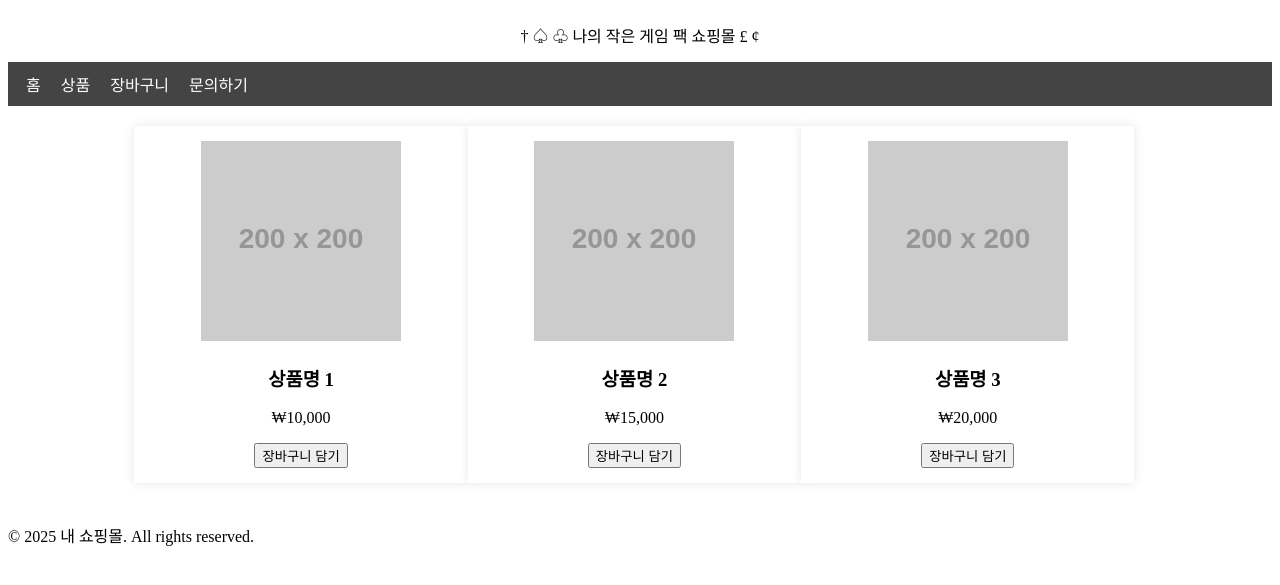
Repository: SeungYeon04/A_AssetsJSP
Page: http://localhost/JSP_Start01/
An editor plug-in stored every save of this project. The page is shown before and after the next save, followed by the edit.
The browser window is 1280 px wide. The pictures show the whole page.
Some web fonts or font styles are not loaded; a fallback is used. The page is served by Tomcat 9.

Above is the page before, as saved 2025-03-11 05:53:00.

### JSP_Start01/src/main/webapp/index.jsp
<%@ page language="java" contentType="text/html; charset=UTF-8"
    pageEncoding="UTF-8"%>
<!DOCTYPE html>
<html>
<head>
<meta charset="UTF-8">
<title>Insert title here</title>
</head>
<body>
	<header>† ♤ ♧  나의 작은 게임 팩 쇼핑몰 £ ¢</header>

    <nav>
        <a href="#">홈</a>
        <a href="#">상품</a>
        <a href="#">장바구니</a>
        <a href="#">문의하기</a>
    </nav>

    <div class="container">
        <div class="product">
            <img src="https://via.placeholder.com/200" alt="상품1">
            <h3>상품명 1</h3>
            <p>₩10,000</p>
            <button>장바구니 담기</button>
        </div>

        <div class="product">
            <img src="https://via.placeholder.com/200" alt="상품2">
            <h3>상품명 2</h3>
            <p>₩15,000</p>
            <button>장바구니 담기</button>
        </div>

        <div class="product">
            <img src="https://via.placeholder.com/200" alt="상품3">
            <h3>상품명 3</h3>
            <p>₩20,000</p>
            <button>장바구니 담기</button>
        </div>
    </div>

    <footer>© 2025 내 쇼핑몰. All rights reserved.</footer>
    <style>

    	body {
    		font-family: 'Ownglyph_ParkDaHyun';
    	}

    	header {
    		text-align: center;
    		padding: 15px 0;
    	}



	    @font-face {
		    font-family: 'Ownglyph_ParkDaHyun';
		    src: url('https://fastly.jsdelivr.net/gh/projectnoonnu/2411-3@1.0/Ownglyph_ParkDaHyun.woff2') format('woff2');
		    font-weight: normal;
		    font-style: normal;
		}

		nav {
			background-color: #444;
			padding: 10px;
			text-align: ceter;

			a {
				color: white;
            	text-decoration: none;
            	margin: 0 8px;
            	/*font-size: 18px;*/
			 }

			a:hover {
            	text-decoration: underline;
        	}
		}

		/* 메인콘텐츠 */
		.container {
			width: 80%;
			margin: 20px auto;
			display: flex;
			flex-wrap: wrap;
			jusify-content:	space-between;
		}

		.product {
			width: 30%;
			background: white;
			padding: 15px;
			box-shadow: 0 0 10px rgba(0, 0, 0, 0.1);
			margin-bottom: 20px;
			text-align: center;

		}

    </style>
</body>
</html>

After the next save:
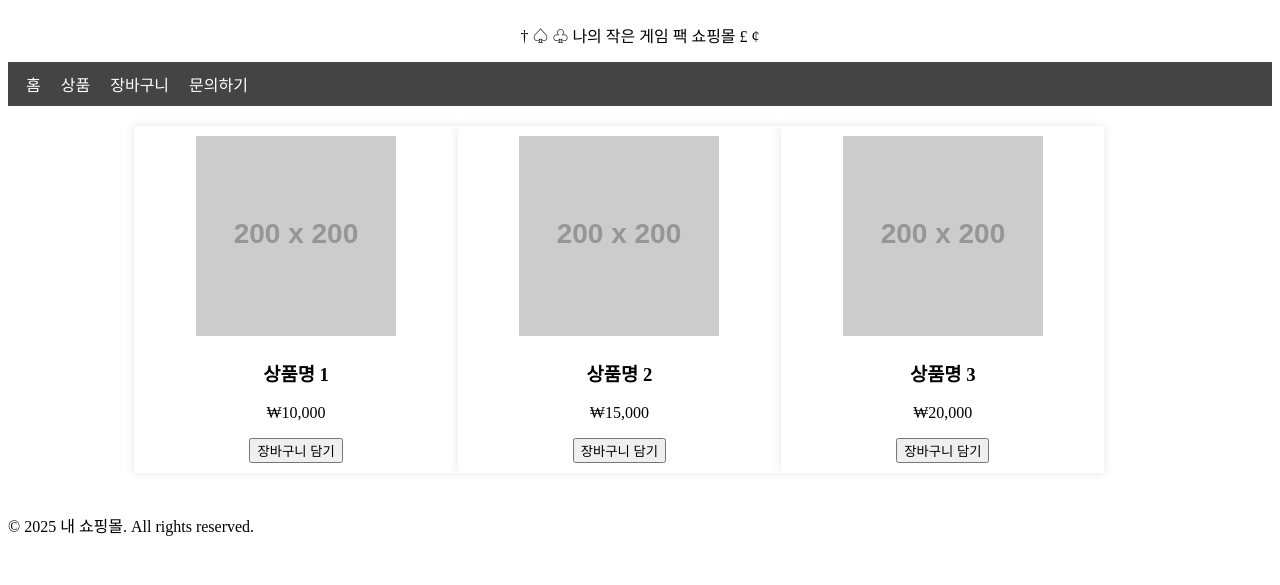
Saved 5 s later.
--- a/JSP_Start01/src/main/webapp/index.jsp
+++ b/JSP_Start01/src/main/webapp/index.jsp
@@ -89,7 +89,7 @@
 		.product {
 			width: 30%;
 			background: white;
-			padding: 15px;
+			padding: 10px;
 			box-shadow: 0 0 10px rgba(0, 0, 0, 0.1);
 			margin-bottom: 20px;
 			text-align: center;
